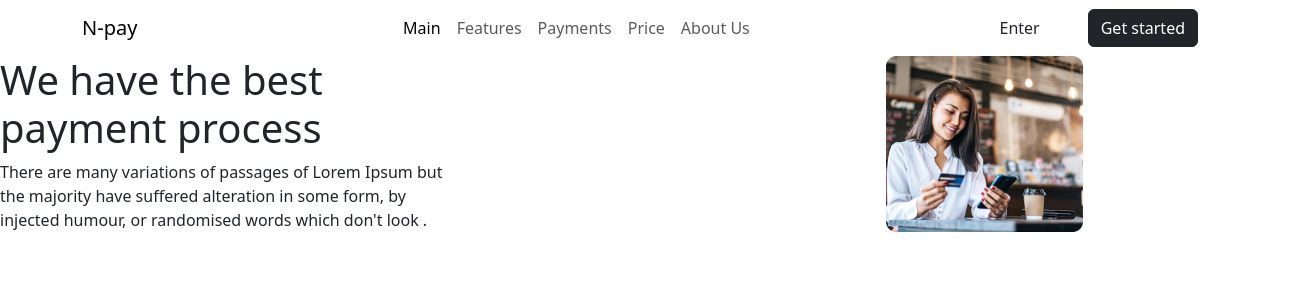
Repository: Senianga/N-pay
Page: index.html
The author's editor kept a copy of each file at every save. The page is drawn from the files as they stood at one save, then again after a run of saves.
The browser window is 1280 px wide. The page is 1292 px wide, so the pictures cover 1292 px, including what lies to the right of the window. The pictures show the whole page.
The style sheet was rebuilt from its Sass, Less or Tailwind sources for each picture, by a compiler version that may differ from the author's.

Above is the page before, as saved 2023-05-01 14:51:44.

### index.html
<!doctype html>
<html lang="en">
  <head>
    <meta charset="utf-8">
    <meta name="viewport" content="width=device-width, initial-scale=1">
    <title>N-pay</title>
    <link rel="stylesheet" href="css/normalize.css">
    <link href="https://cdn.jsdelivr.net/npm/bootstrap@5.3.0-alpha3/dist/css/bootstrap.min.css" rel="stylesheet" integrity="sha384-KK94CHFLLe+nY2dmCWGMq91rCGa5gtU4mk92HdvYe+M/SXH301p5ILy+dN9+nJOZ" crossorigin="anonymous">
    <link rel="stylesheet" href="css/style.css">
  </head>
  <body>
    <header>
        <nav class="navbar navbar-expand-lg ">
            <div class="container">
              <a class="navbar-brand" href="#">N-pay</a>
              <button class="navbar-toggler" type="button" data-bs-toggle="collapse" data-bs-target="#navbarSupportedContent" aria-controls="navbarSupportedContent" aria-expanded="false" aria-label="Переключатель навигации">
                <span class="navbar-toggler-icon"></span>
              </button>
              <div class="collapse navbar-collapse" id="navbarSupportedContent">
                <ul class="navbar-nav ms-auto mb-2 mb-lg-0">
                  <li class="nav-item">
                      <a class="nav-link active" aria-current="page" href="#">Main</a>
                  </li>
                  <li class="nav-item">
                    <a class="nav-link"  href="#">Features</a>
                  </li>
                  <li class="nav-item">
                    <a class="nav-link" href="#">Payments</a>
                  </li>
                  <li class="nav-item dropdown">
                    <a class="nav-link" href="#" role="button" data-bs-toggle="dropdown" aria-expanded="false">
                      Price
                    </a>

                  </li>                 <li class="nav-item">
                    <a class="nav-link">About Us</a>
                  </li>
                </ul>
                <div class="bavbar-nav d-flex align-items-lg-center ms-auto mb-2 mb-lg-0">
                    <a class="nav-link me-5" href="#">Enter</a>
                    <button class="btn btn-dark ms-auto" type="submit">Get started</button>
                </div>
              </div>
            </div>
          </nav>
    </header>
    <main>
        <container-main class="bg-body-tertiary">
            <div class="row">
                <div class="col-mg-6 col-sm-12 d-flex ali">
                    <div class="content">
                        <h1 class="col-5">
                            We have the best
                            payment process
                        </h1>
                        <p class="col-6">
                            There are many variations of passages of Lorem Ipsum
                            but the majority have suffered alteration in some form, by injected humour, or randomised words which don't look .
                        </p>
                    </div>
                    <div class="img">
                        <img src="img/image.png" alt="Main picture" class="img-fluid col-md-6 col-sm-12">
                    </div>

                </div>

            </<div>

        </container-main>
    </main>




    <script src="https://cdn.jsdelivr.net/npm/bootstrap@5.3.0-alpha3/dist/js/bootstrap.bundle.min.js" integrity="sha384-ENjdO4Dr2bkBIFxQpeoTz1HIcje39Wm4jDKdf19U8gI4ddQ3GYNS7NTKfAdVQSZe" crossorigin="anonymous"></script>
  </body>
</html>
<!-- <div class="collapse navbar-collapse" id="navbarNav">
    <div class=" nav justify-content-center">
        <a class="nav-link active" aria-current="page" href="#">Main</a>
        <a class="nav-link" href="#">Featers</a>
        <a class="nav-link" href="#">Payments</a>
        <a class="nav-link" href="#">Price</a>
        <a class="nav-link" href="#">About Us</a>
    </div>
</div>
<div class="collapse navbar-collapse" id="navbarNav">
    <a class="nav-link" href="#">Enter</a>
    <button class="btn btn-outline-secondary" type="submit">Поиск</button>

</div>
</div>
</nav> -->

<!-- <div class="container">
    <nav class="navbar navbar-expand-lg bg-body-tertiary">
      <div class="container-fluid">
        <a class="navbar-brand bg-dark col-2 mb-0 h-1" href="#">N-pay</a>
            <button class="navbar-toggler" type="button" data-bs-toggle="collapse" data-bs-target="#navbarSupportedContent" aria-controls="navbarSupportedContent" aria-expanded="false" aria-label="N-pay">
                <span class="navbar-toggler-icon"></span>
            </button>
        <div class="collapse navbar-collapse bg-primary " id="navbarSupportedContent">
            <div class="navbar-nav">
                <a class="nav-link" href="#">Main</a>
                <a class="nav-link" href="#">Features</a>
                <a class="nav-link" href="#">Payments</a>
                <a class="nav-link" href="#">Price</a>
                <a class="nav-link" href="#">About Us</a>
            </div>

            <div class="nav justify-content-end bg-danger col-3">
                <a class="nav-link" href="#">Enter</a>
                <button class="btn btn-dark" type="submit">Get started</button>
            </div>
        </div>
    </nav>
  </div> -->

### style.scss
:root {
    --bg2: #F4F7FC;
}

Loaded but not shown: css/normalize.css (no stored copy; drawn as an empty file)

After the next 3 saves:
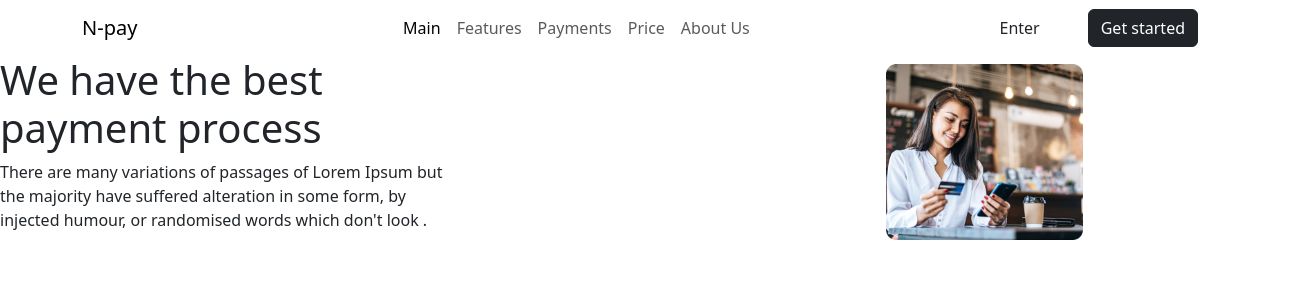
The 3 saves are shown as one change because they came seconds apart.
The last was saved 12 s later.
--- a/index.html
+++ b/index.html
@@ -47,7 +47,7 @@
     <main>
         <container-main class="bg-body-tertiary">
             <div class="row">
-                <div class="col-mg-6 col-sm-12 d-flex ali">
+                <div class="col-mg-6 col-sm-12 d-flex align-items-center">
                     <div class="content">
                         <h1 class="col-5">
                             We have the best
